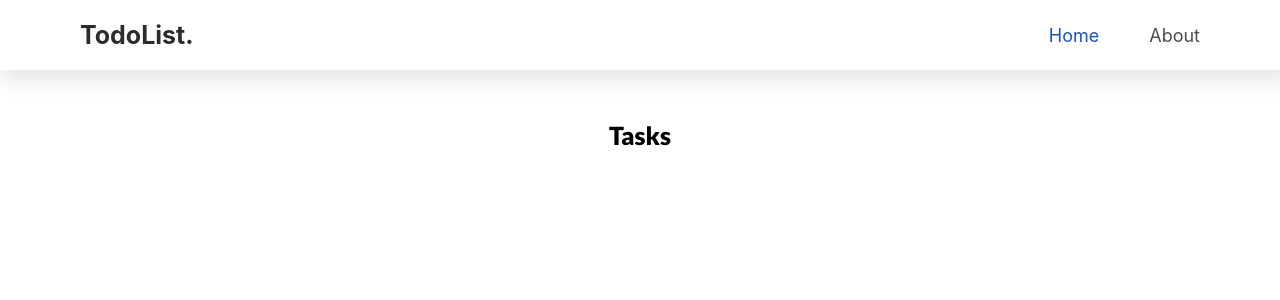
Repository: dqhuy153/react-todoList
Page: /
An editor plug-in stored every save of this project. The page is shown before and after the next save, followed by the edit.
The browser window is 1280 px wide. The pictures show the whole page.
The project was rebuilt for these pictures with package versions that can differ from the ones it lists, and the page was loaded fresh each time. Also part of the build but not shown: src/components/UI/LoadingSpinner.module.scss.

Above is the page before, as saved 2021-09-16 19:37:10.

### src/App.js
import React, { Suspense } from 'react';
import { Switch, Route } from 'react-router-dom';

import './App.css';
import Layout from './components/layout/Layout';
import LoadingSpinner from './components/UI/LoadingSpinner';

const Home = React.lazy(() => import('./components/pages/Home'));
const About = React.lazy(() => import('./components/pages/About'));

function App() {
  return (
    <Layout>
      <Suspense
        fallback={
          <div className="centered">
            <LoadingSpinner />
          </div>
        }
      >
        <Switch>
          <Route path="/" exact>
            <Home />
          </Route>
          <Route path="/about">
            <About />
          </Route>
          {/* <Route path="/products" exact>
          <Products />
        </Route>
        <Route path="/products/:productId">
          <ProductDetail />
        </Route> */}
        </Switch>
      </Suspense>
    </Layout>
  );
}

export default App;

### src/App.css
@import url('https://fonts.googleapis.com/css2?family=Lato:ital,wght@0,100;0,300;0,400;0,700;0,900;1,100;1,300;1,400;1,700;1,900&display=swap');

* {
  box-sizing: border-box;
  font-size: 62.5%;
  padding: 0;
  margin: 0;
}

.centered {
  margin: 3rem auto;
  text-align: center;
  display: flex;
  justify-content: center;
  align-items: center;
}

### src/components/layout/Layout.js
import React, { Fragment } from 'react';
import AppNavigation from './AppNavigation';

import styles from './Layout.module.scss';

export default function Layout(props) {
  return (
    <Fragment>
      <AppNavigation logoTitle="TodoList." />
      <main className={styles.main}>{props.children}</main>
    </Fragment>
  );
}

### src/components/UI/LoadingSpinner.js
import styles from './LoadingSpinner.module.scss';

const LoadingSpinner = () => {
  return <div className={styles.spinner}></div>;
};

export default LoadingSpinner;

### src/components/pages/Home.js
import React from 'react';

import styles from './Home.module.scss';

export default function Home(props) {
  return (
    <div className={styles.container}>
      <h1>Tasks</h1>
    </div>
  );
}

### src/components/layout/AppNavigation.js
import React from 'react';
import { NavLink } from 'react-router-dom';

import styles from './AppNavigation.module.scss';

export default function AppNavigation({ logoTitle = 'Demo.', ...props }) {
  return (
    <header className={styles.header}>
      <div className={styles.logo}>{logoTitle}</div>
      <nav>
        <ul>
          <li>
            <NavLink to="/" exact activeClassName={styles.active}>
              Home
            </NavLink>
          </li>
          <li>
            <NavLink to="/about" activeClassName={styles.active}>
              About
            </NavLink>
          </li>
        </ul>
      </nav>
    </header>
  );
}

### src/components/pages/Home.module.scss
.container {
  padding: 5rem 0;
  h1 {
    text-align: center;
    font-family: 'Lato', sans-serif;
    font-weight: 800;
    font-size: 2.5rem;
  }
}

### src/components/layout/AppNavigation.module.scss
.header {
  width: 100%;
  height: 7rem;
  display: flex;
  align-items: center;
  justify-content: space-between;
  background-color: #ffffff;
  padding: 0 8rem;
  box-shadow: 5px 5px 20px 5px rgba(0, 0, 0, 0.1);
}

.logo {
  font-size: 2.5rem;
  color: rgb(44, 44, 44);
  font-weight: bold;
}

.header ul {
  list-style: none;
  margin: 0;
  padding: 0;
  display: flex;
  align-items: baseline;
}

.header li {
  margin-left: 5rem;
}

.header a {
  text-decoration: none;
  font-size: 1.8rem;
  color: #4b4b4b;
}

.header a:hover,
.header a:active,
.header a.active {
  color: rgb(28, 83, 184);
}

Loaded but not shown: public/index.html (common file); src/index.js (common file); src/index.css (common file); src/reportWebVitals.js (common file); src/components/layout/Layout.module.scss (no stored copy; drawn as an empty file)

After the next save:
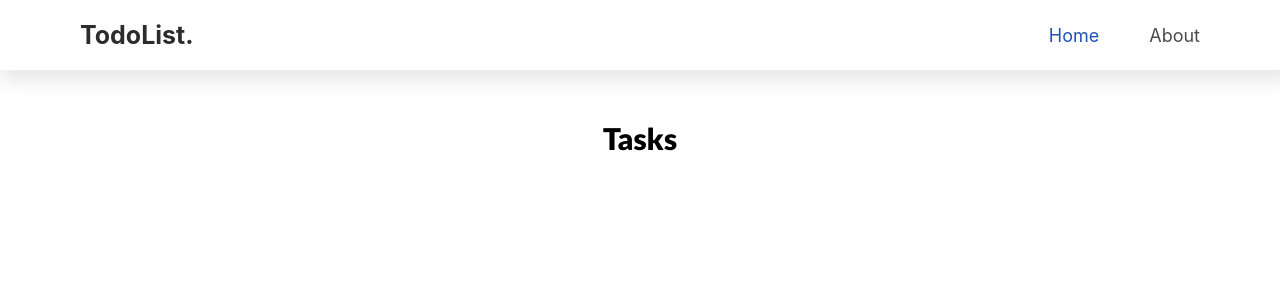
Saved 19 s later.
--- a/src/components/pages/Home.module.scss
+++ b/src/components/pages/Home.module.scss
@@ -4,6 +4,6 @@
     text-align: center;
     font-family: 'Lato', sans-serif;
     font-weight: 800;
-    font-size: 2.5rem;
+    font-size: 3rem;
   }
 }
